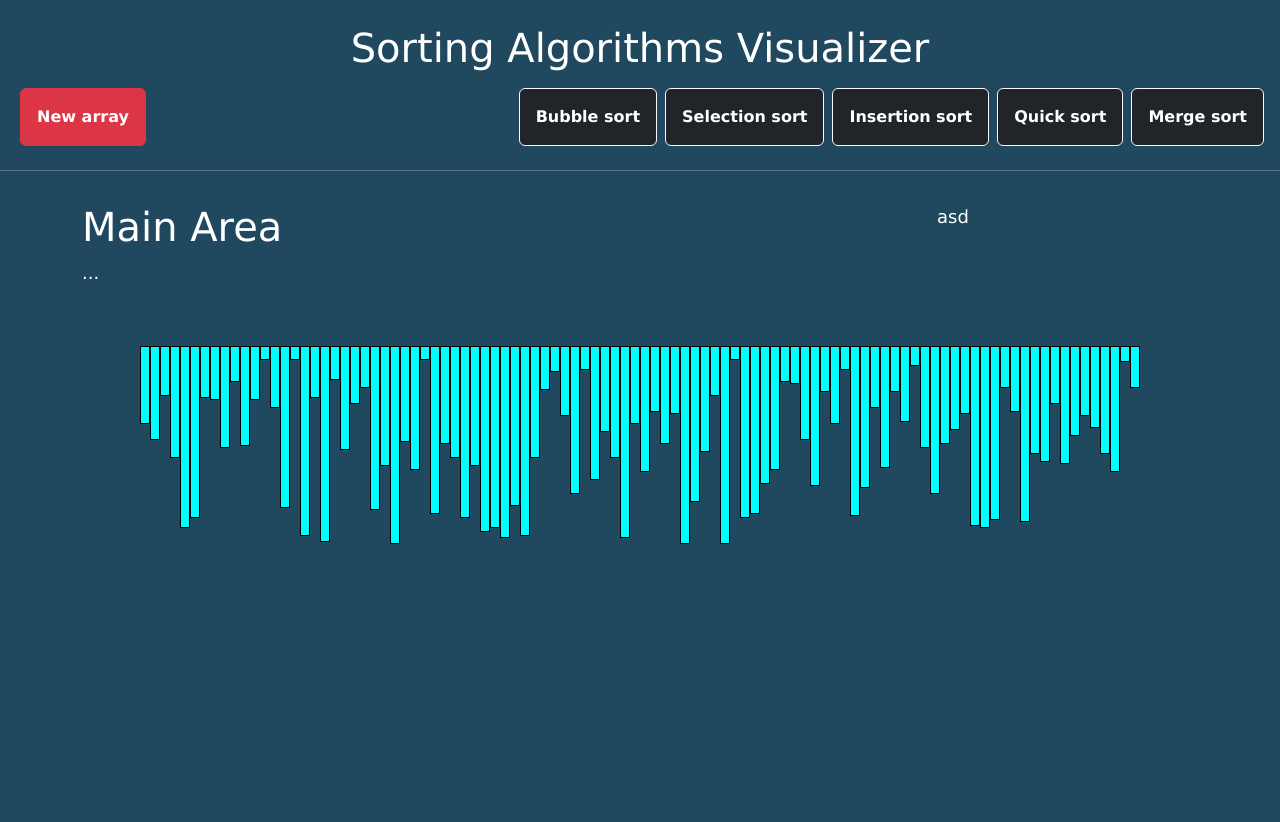
Repository: Vasil1001/Sorting-Algorithms-Visualizer-js
Page: views/index.html
These files come from the project's save history. The page is drawn as it stood at one moment and after a run of saves; the edit follows.
The browser window is 1280 px wide. The pictures show the whole page.

Above is the page before, as saved 2022-11-03 17:55:21.

### views/index.html
<!doctype html>
<html lang="en">

<head>
  <meta charset="utf-8">
  <meta name="viewport" content="width=device-width, initial-scale=1">

  <title>Sorting Algorithms Visualizer</title>

  <!-- Import css & bootstrap-->
  <link href="https://cdn.jsdelivr.net/npm/bootstrap@5.2.2/dist/css/bootstrap.min.css" rel="stylesheet"
    integrity="sha384-Zenh87qX5JnK2Jl0vWa8Ck2rdkQ2Bzep5IDxbcnCeuOxjzrPF/et3URy9Bv1WTRi" crossorigin="anonymous">
  <link rel="stylesheet" href="/css/base.css">

</head>

<header>
  <h1 align="center" class="mt-4">Sorting Algorithms Visualizer</h1>


  <nav class="navbar navbar-expand-lg">

    <div class="container-fluid">
      <button type="button" class="btn btn-danger mx-2 p-3 " id="new_array" style="color: white;"><b>New
          array </b>
      </button>
      <ul class="navbar-nav">
        <li class="nav-item">
          <button type="button" class="btn btn-dark border-light mx-1 p-3 " id="bubble_sort"
            style="color: white;"><b>Bubble
              sort</b> </button>
        </li>
        <li class="nav-item">
          <button type="button" class="btn btn-dark border-light mx-1 p-3 " id="selection_sort"
            style="color: rgb(255, 255, 255);">
            <b>Selection sort</b></button>
        </li>
        <li class="nav-item">
          <button type="button" class="btn btn-dark border-light mx-1 p-3 " id="insertion_sort" style="color: white;">
            <b>Insertion sort</b></button>
        </li>
        <li class="nav-item">
          <button type="button" class="btn btn-dark border-light mx-1 p-3 " id="quick_sort" style="color: white;">
            <b>Quick sort</b></button>
        </li>
        <li class="nav-item">
          <button type="button" class="btn btn-dark border-light mx-1 p-3 " id="merge_sort"> <b>Merge sort</b></button>
        </li>

      </ul>
    </div>
  </nav>


</header>

<body>

  <hr style="color: white;">

  <div class="container">
    <div class="row py-3">
      <div class="col-3 order-2" id="sticky-sidebar">
        <div class="sticky-top">
          asd
        </div>
      </div>
      <div class="col" id="main">
        <h1>Main Area</h1>
        ...
      </div>
    </div>
  </div>

  <div id="bars" class="bars flex-container p-4"></div>


  <!-- Import css & bootstrap-->
  <script src="https://cdn.jsdelivr.net/npm/bootstrap@5.2.2/dist/js/bootstrap.bundle.min.js"
    integrity="sha384-OERcA2EqjJCMA+/3y+gxIOqMEjwtxJY7qPCqsdltbNJuaOe923+mo//f6V8Qbsw3"
    crossorigin="anonymous"></script>
  <script defer src="/sort_algos_js_files/index.js"></script>

</body>

</html>

### css/base.css
body {
    background-color: rgb(32, 72, 95);
    color:white;
    font-size: 18px;
    font-family: 'Lucida Sans', 'Lucida Sans Regular', 'Lucida Grande', 'Lucida Sans Unicode', Geneva, Verdana, sans-serif;
}
.flex-container{
    margin-top: 20px;
    display: flex;
    flex-wrap: nowrap;
    width: 100%;
    height: 500px;
    justify-content: center;
    transition: 2s all ease;
}

.flex-item{
    background: cyan;
    border: 1pt solid black;
    width: 10px;
    transition: 0.1s all ease;
}

.sidenav {
    height: 100%;
    width: 160px;
    position: fixed;
    z-index: 1;
    top: 0;
    left: 0;
    background-color: rgb(14, 13, 35);
    overflow-x: hidden;
    padding-top: 20px;
  }

  .sidenav a {
    padding: 6px 8px 6px 16px;
    text-decoration: none;
    font-size: 25px;
    color: #818181;
    display: block;
  }

  .sidenav a:hover {
    color: #f1f1f1;
  }

  .main {
    margin-left: 160px; /* Same as the width of the sidenav */
    font-size: 28px; /* Increased text to enable scrolling */
    padding: 0px 10px;
  }
  @media screen and (max-height: 450px) {
    .sidenav {padding-top: 15px;}
    .sidenav a {font-size: 18px;}
  }

### sort_algos_js_files/index.js
let random_array_100 = [];
createBarArray();


function createBarArray() {
    // Array to store randomly generated numbers
    random_array_100 = [];
    var numberOfBars = 0;
    let l = 100;

    // get a random number and add it to the array until there are 100 in array
    for (numberOfBars = 0; numberOfBars < l; numberOfBars++) {
        random_array_100.push(Math.round(Math.random() * l));
    }
    // print 100 random numbers of the array
    console.log(random_array_100);


     // select the div #bars element
     const bars = document.querySelector("#bars");
    // make bars with height from random array numbers
    for (let i = 0; i < random_array_100.length; i++) {
        // const para = document.createElement("div");
        // para.innerText = random_array_100[i];
        // document.body.appendChild(para);

        // create div bar for each number in the array
        const bar = document.createElement("div");
        bar.style.height = `${random_array_100[i]*2}px`;
        bar.classList.add('bar');
        bar.classList.add('flex-item');
        bar.classList.add(`barNo${i}`);
        bars.appendChild(bar);
    }
}

After the next 2 saves:
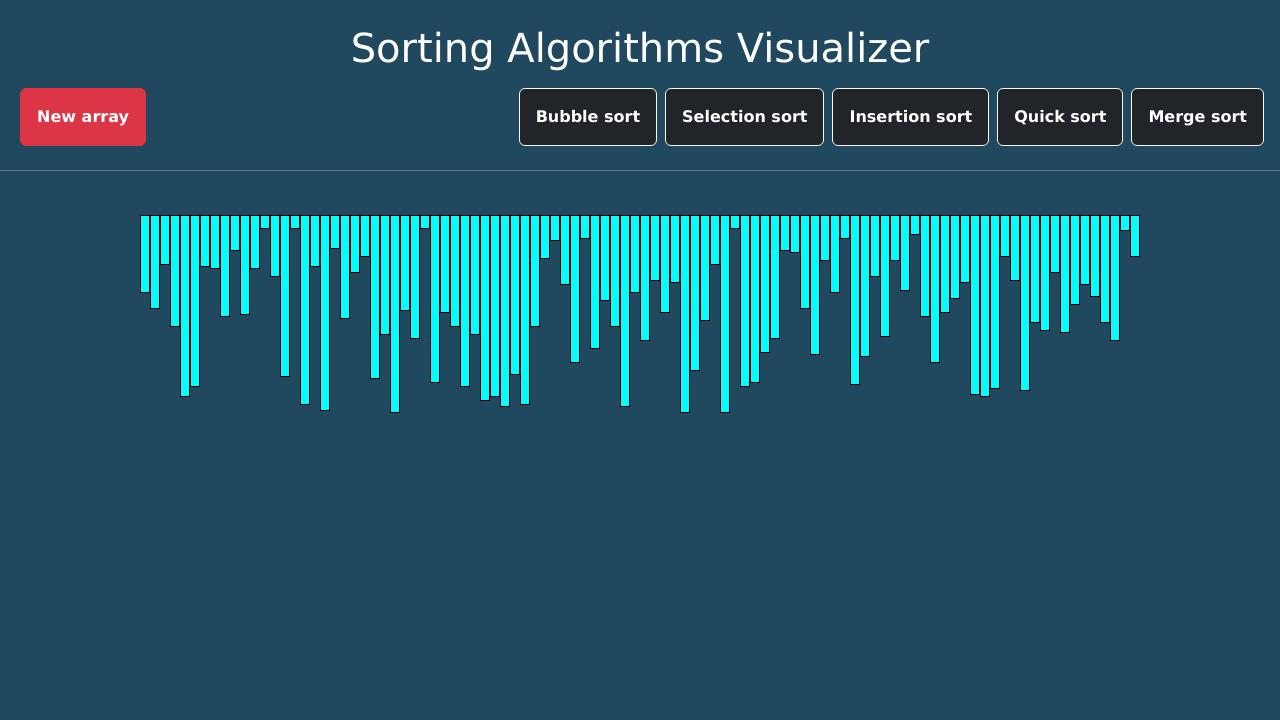
The 2 saves are shown as one change because they came seconds apart.
The last was saved 7 s later.
--- a/views/index.html
+++ b/views/index.html
@@ -58,22 +58,7 @@
 
   <hr style="color: white;">
 
-  <div class="container">
-    <div class="row py-3">
-      <div class="col-3 order-2" id="sticky-sidebar">
-        <div class="sticky-top">
-          asd
-        </div>
-      </div>
-      <div class="col" id="main">
-        <h1>Main Area</h1>
-        ...
-      </div>
-    </div>
-  </div>
-
   <div id="bars" class="bars flex-container p-4"></div>
-
 
   <!-- Import css & bootstrap-->
   <script src="https://cdn.jsdelivr.net/npm/bootstrap@5.2.2/dist/js/bootstrap.bundle.min.js"
